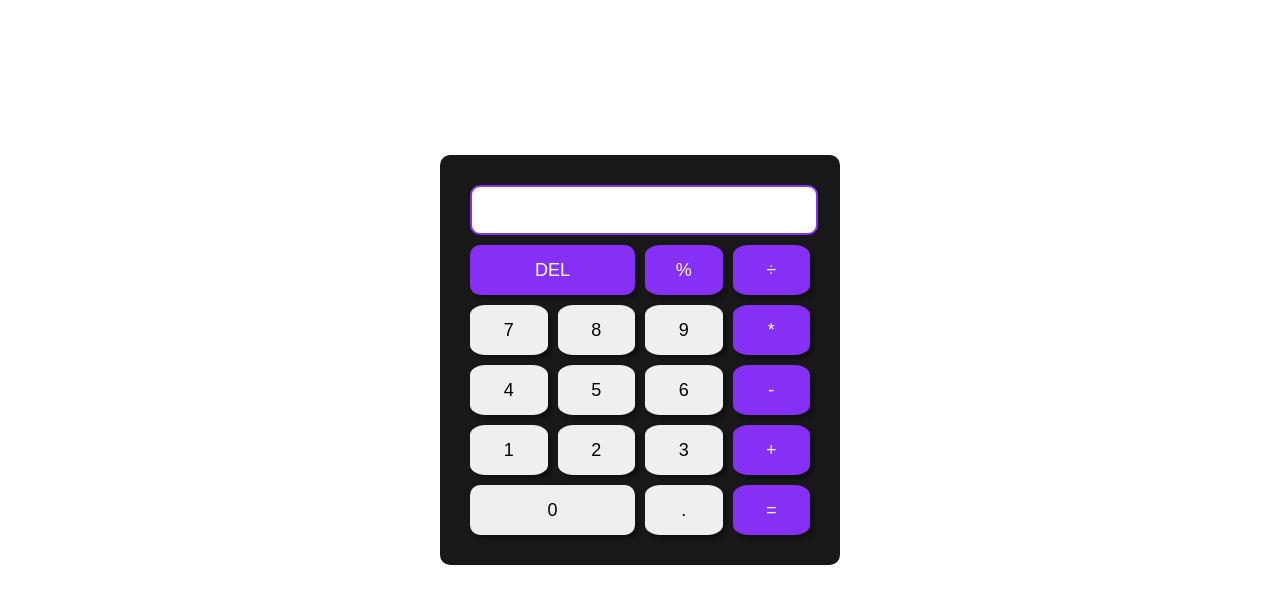
Repository: zlazlazla35/calculator
Page: /
An editor plug-in stored every save of this project. The page is shown before and after the next save, followed by the edit.
The browser window is 1280 px wide. The pictures show the whole page.
The project was rebuilt for these pictures with package versions that can differ from the ones it lists, and the page was loaded fresh each time.

Above is the page before, as saved 2024-10-15 16:34:57.

After the next save:
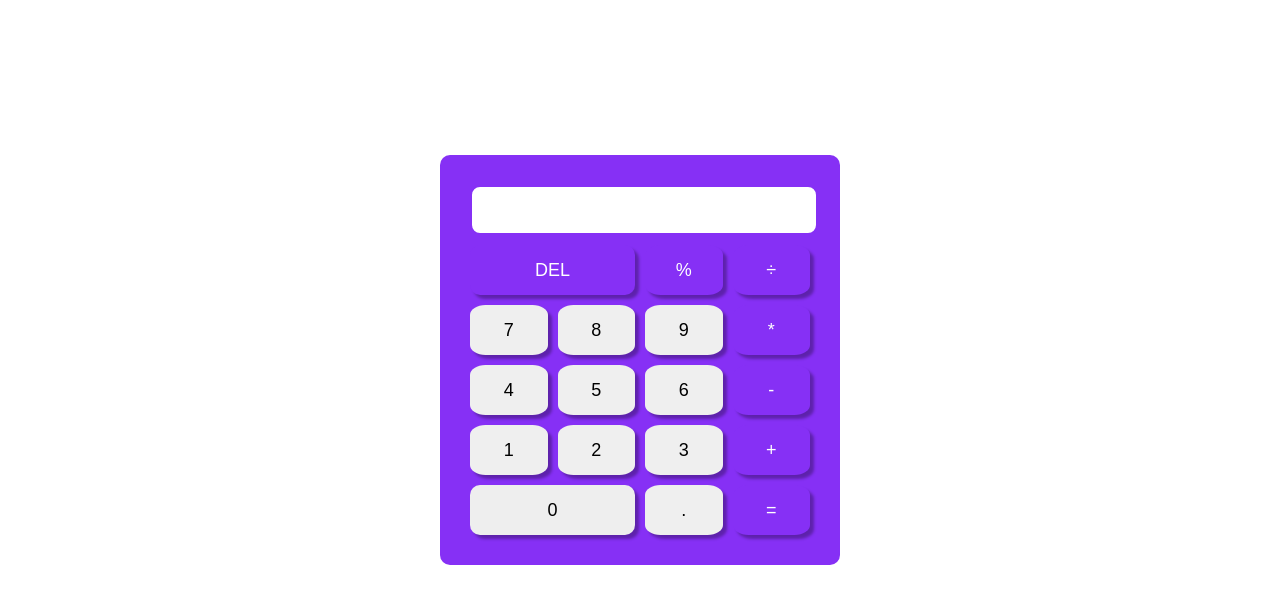
Saved 111 s later.
--- a/src/App.css
+++ b/src/App.css
@@ -37,7 +37,7 @@
   }
 }
 .App {width: 100%; height: 100vh; display: flex; align-items: center; justify-content: center;}
-.contents {width: 100%; max-width: 400px; background: #181818;box-sizing: border-box;padding: 30px; border-radius: 10px;}
+.contents {width: 100%; max-width: 400px; background: #8630f5;box-sizing: border-box;padding: 30px; border-radius: 10px;}
 input {width: 100%; height: 44px; margin-bottom: 10px; border: 2px solid #8630f5; border-radius: 10px;}
 input:focus {outline: #8630f5; }
 .active { box-shadow: 2px 2px 1px rgba(0, 0, 0, 0.3) !important; border: 2px solid #232323; }
